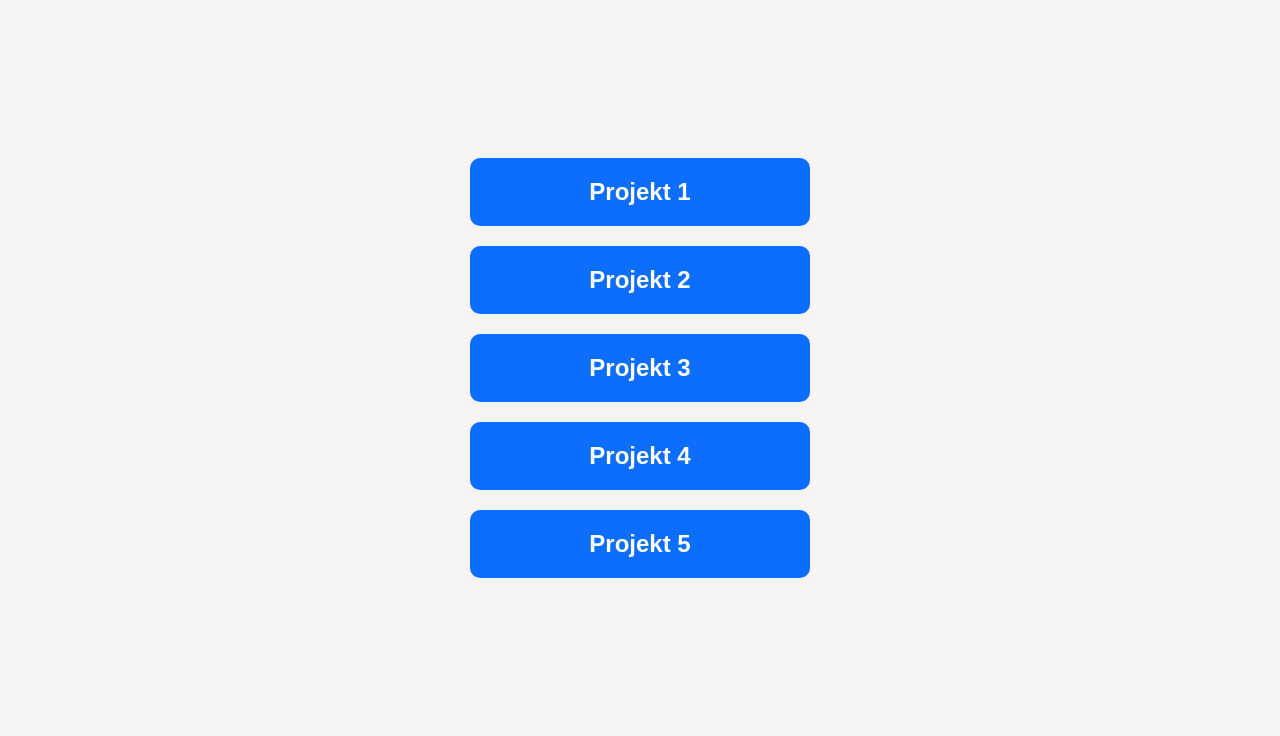
Repository: Adekbws/ogniskoKrynica.github.io
Page: index.html
An editor plug-in stored every save of this project. The page is shown before and after the next save, followed by the edit.
The browser window is 1280 px wide. The pictures show the whole page.

Above is the page before, as saved 2026-06-11 11:18:43.

After the next save:
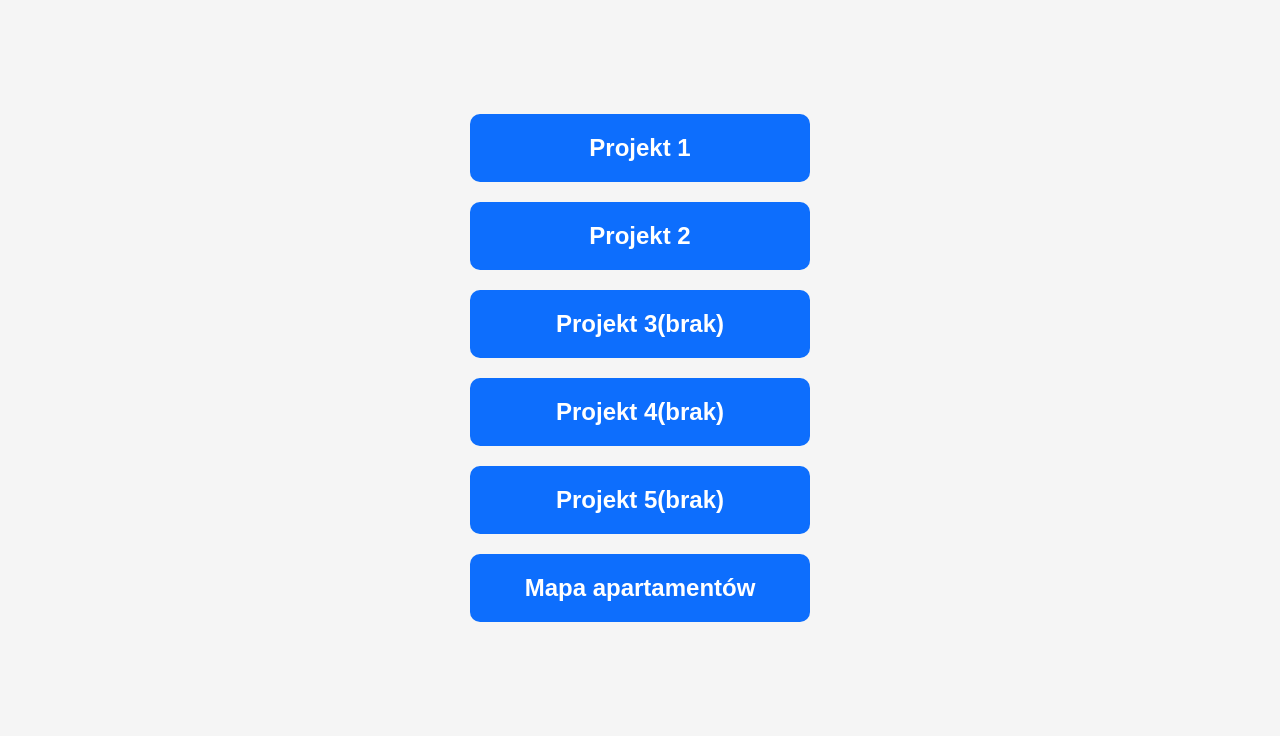
Saved 3 min 4 s later.
--- a/index.html
+++ b/index.html
@@ -1,47 +1,46 @@
-<!DOCTYPE html>
+<!doctype html>
 <html lang="pl">
-<head>
-<meta charset="UTF-8">
-<meta name="viewport" content="width=device-width, initial-scale=1.0">
-<title>Projekty koncepcyjne</title>
+  <head>
+    <meta charset="UTF-8" />
+    <meta name="viewport" content="width=device-width, initial-scale=1.0" />
+    <title>Projekty koncepcyjne</title>
 
-<style>
-body{
-    font-family: Arial, sans-serif;
-    background:#f5f5f5;
-    display:flex;
-    flex-direction:column;
-    align-items:center;
-    justify-content:center;
-    min-height:100vh;
-    gap:20px;
-}
+    <style>
+      body {
+        font-family: Arial, sans-serif;
+        background: #f5f5f5;
+        display: flex;
+        flex-direction: column;
+        align-items: center;
+        justify-content: center;
+        min-height: 100vh;
+        gap: 20px;
+      }
 
-a{
-    display:block;
-    width:300px;
-    text-align:center;
-    padding:20px;
-    background:#0d6efd;
-    color:white;
-    text-decoration:none;
-    border-radius:10px;
-    font-size:24px;
-    font-weight:bold;
-}
+      a {
+        display: block;
+        width: 300px;
+        text-align: center;
+        padding: 20px;
+        background: #0d6efd;
+        color: white;
+        text-decoration: none;
+        border-radius: 10px;
+        font-size: 24px;
+        font-weight: bold;
+      }
 
-a:hover{
-    background:#0b5ed7;
-}
-</style>
-</head>
-<body>
-
-<a href="projekt1.html">Projekt 1</a>
-<a href="projekt2.html">Projekt 2</a>
-<a href="projekt3.html">Projekt 3</a>
-<a href="projekt4.html">Projekt 4</a>
-<a href="projekt5.html">Projekt 5</a>
-
-</body>
+      a:hover {
+        background: #0b5ed7;
+      }
+    </style>
+  </head>
+  <body>
+    <a href="projekt1.html">Projekt 1</a>
+    <a href="projekt2.html">Projekt 2</a>
+    <a href="projekt3.html">Projekt 3(brak)</a>
+    <a href="projekt4.html">Projekt 4(brak)</a>
+    <a href="projekt5.html">Projekt 5(brak)</a>
+    <a href="mapa/index.html">Mapa apartamentów</a>
+  </body>
 </html>
